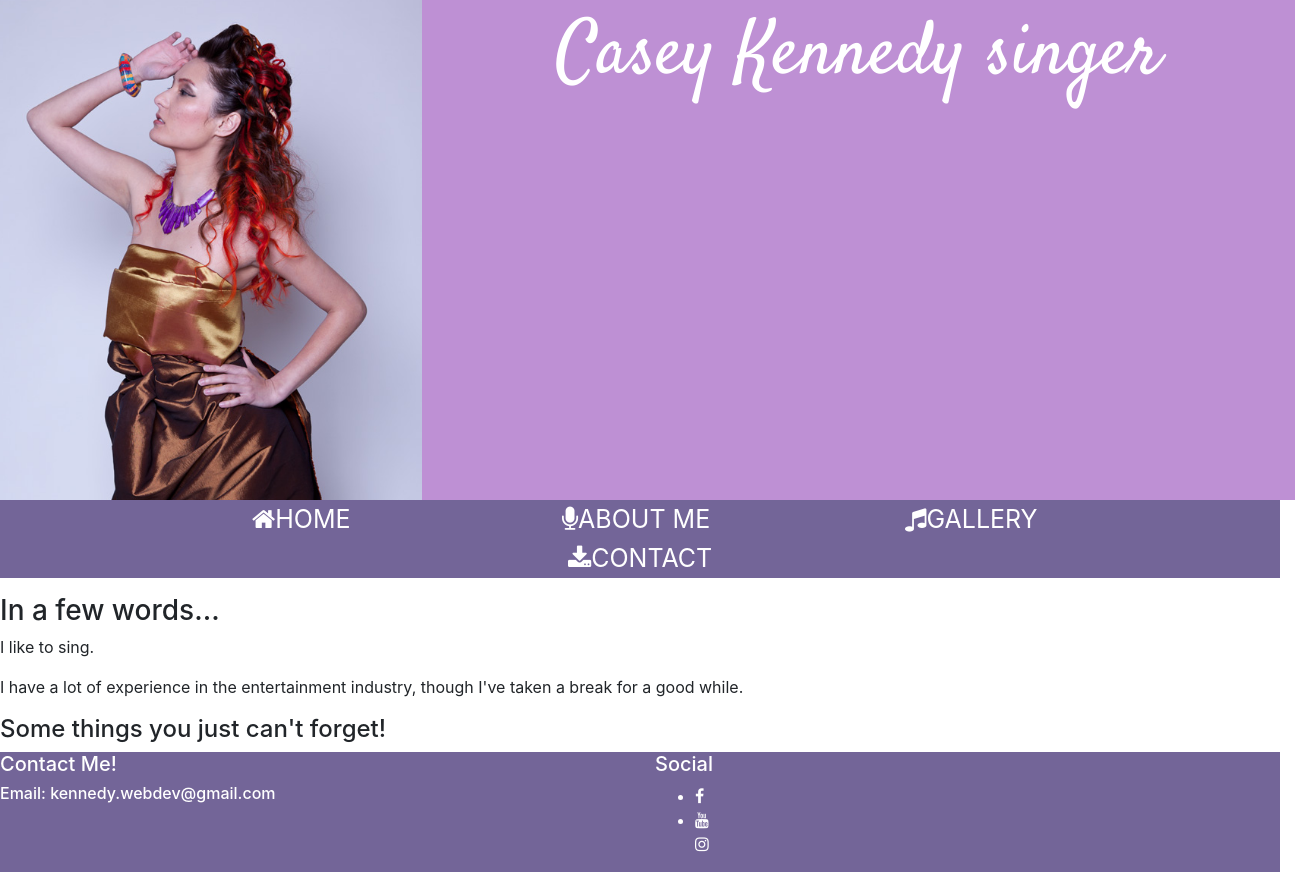
Repository: SheenaKennedy/Casey-Kennedy-s-Music-Page
Page: overview.html
The author's editor kept a record of every edit. The page is drawn from the files as they stood at one moment, then again after the next edit.
The browser window is 1280 px wide. The page is 1295 px wide, so the pictures cover 1295 px, including what lies to the right of the window. The pictures show the whole page.

Above is the page before.

After the next edit:
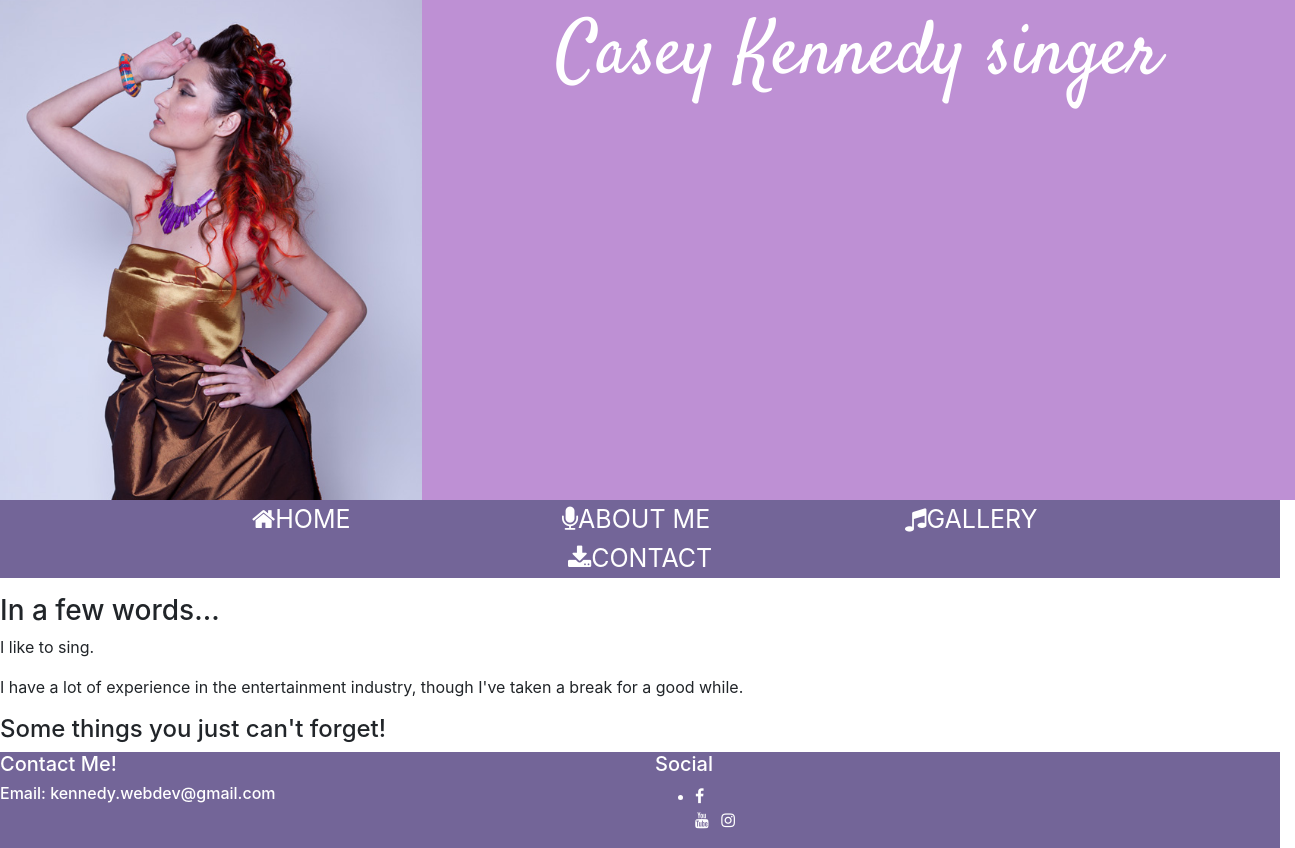
The edit:
--- a/overview.html
+++ b/overview.html
@@ -71,7 +71,7 @@
                         </a>
                     </li>
 
-                    <li class="inline-item">
+                    <li class="list-inline-item">
                         <a href="">
                         <i class="fa fa-youtube"></i>
                             <span class="sr-only">Youtube</span>
